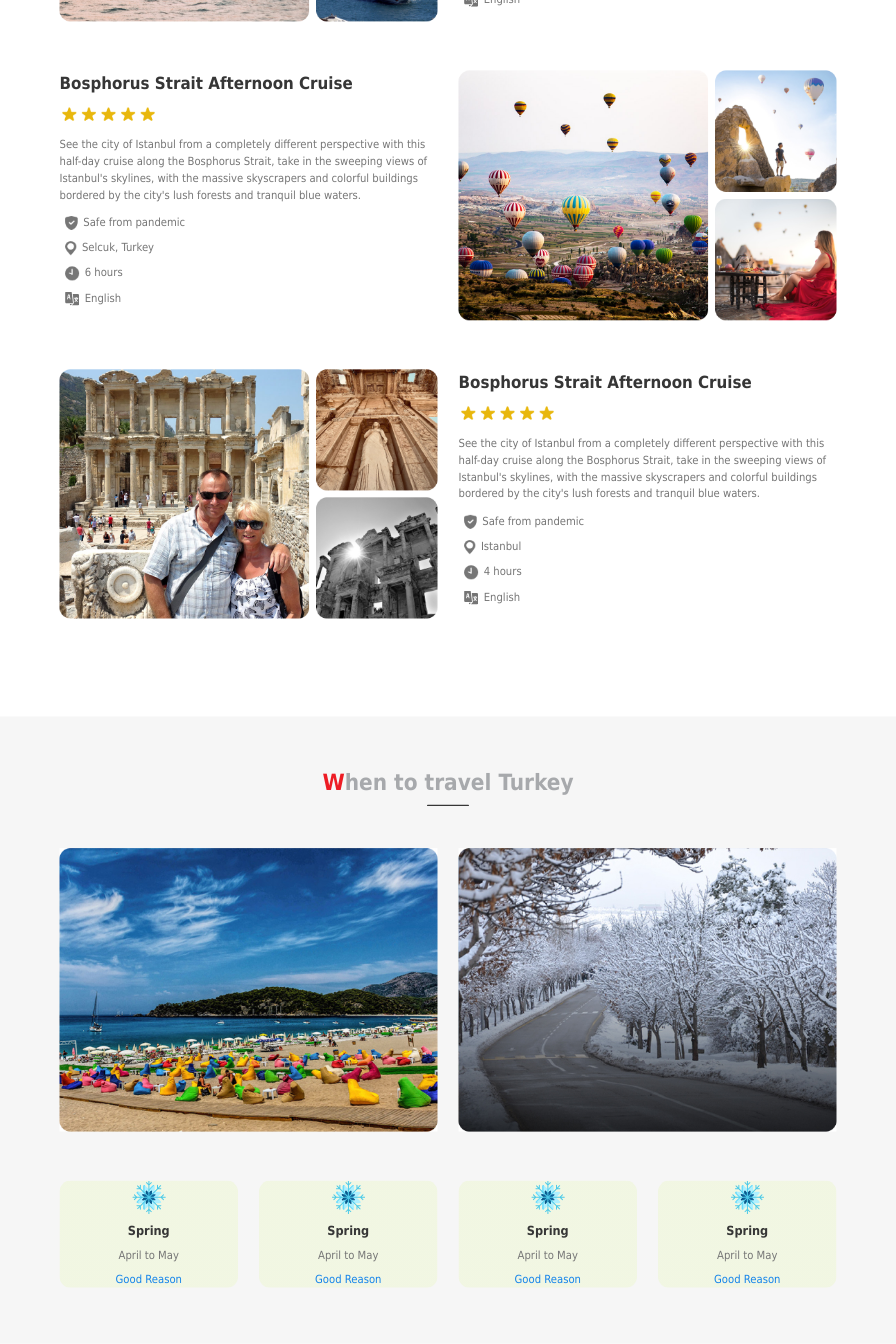
Repository: cvminhquan/turkey
Page: index.html
An editor plug-in stored every save of this project. The page is shown before and after the next save, followed by the edit.
The browser window is 1280 px wide. The pictures show the part of the page from y = 1841 to 3761 px (the page is 3761 px tall), at 70% of full size.
The style sheet was rebuilt from its Sass, Less or Tailwind sources for each picture, by a compiler version that may differ from the author's.

Above is the page before, as saved 2022-09-15 20:02:15.

After the next save:
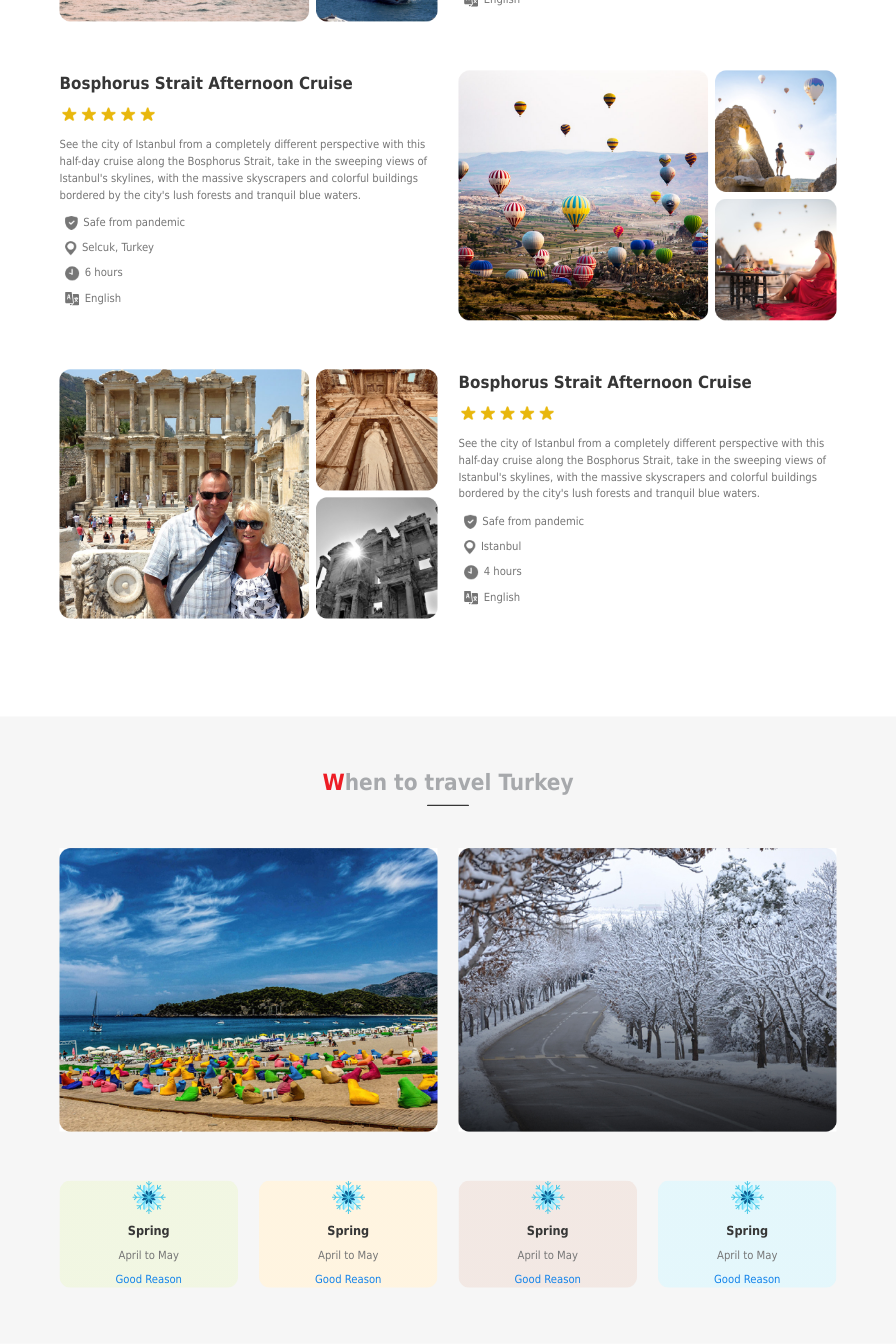
Saved 119 s later.
--- a/index.html
+++ b/index.html
@@ -203,27 +203,27 @@
                         </div>
                     </div>
                     <div class="col-3 text-center">
-                        <div class="bg-spring p-20">
-                            <p class=" bdr text-center "><img src="./images/icon-snow.svg " alt=" "></p>
-                            <h2>Spring</h2>
-                            <p>
-                                <h3 class="text-month ">April to May</h3>
-                            </p>
-                            <p class="text-status ">Good Reason</p>
-                        </div>
-                    </div>
-                    <div class="col-3 text-center">
-                        <div class="bg-spring p-20">
-                            <p class=" bdr text-center "><img src="./images/icon-snow.svg " alt=" "></p>
-                            <h2>Spring</h2>
-                            <p>
-                                <h3 class="text-month ">April to May</h3>
-                            </p>
-                            <p class="text-status ">Good Reason</p>
-                        </div>
-                    </div>
-                    <div class="col-3 text-center">
-                        <div class="bg-spring p-20">
+                        <div class="bg-summer p-20">
+                            <p class=" bdr text-center "><img src="./images/icon-snow.svg " alt=" "></p>
+                            <h2>Spring</h2>
+                            <p>
+                                <h3 class="text-month ">April to May</h3>
+                            </p>
+                            <p class="text-status ">Good Reason</p>
+                        </div>
+                    </div>
+                    <div class="col-3 text-center">
+                        <div class="bg-fall p-20">
+                            <p class=" bdr text-center "><img src="./images/icon-snow.svg " alt=" "></p>
+                            <h2>Spring</h2>
+                            <p>
+                                <h3 class="text-month ">April to May</h3>
+                            </p>
+                            <p class="text-status ">Good Reason</p>
+                        </div>
+                    </div>
+                    <div class="col-3 text-center">
+                        <div class="bg-winter p-20">
                             <p class=" bdr text-center "><img src="./images/icon-snow.svg " alt=" "></p>
                             <h2>Spring</h2>
                             <p>
